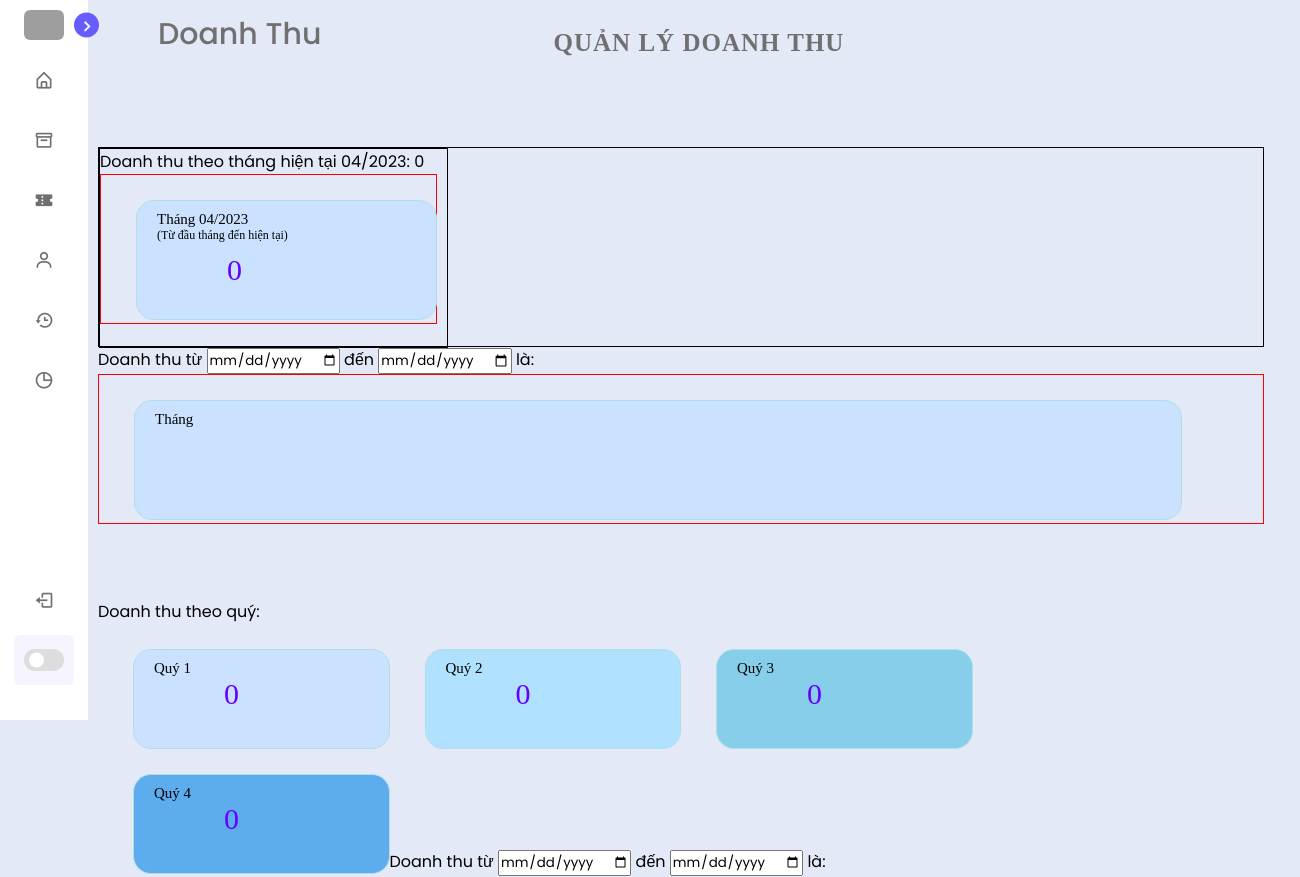
Repository: JeffDaveHudson/CapstoneProject
Page: http://localhost/CapstoneProject/revenue
These files come from the project's save history. The page is drawn as it stood at one moment and after the next save; the edit follows.
The browser window is 1280 px wide. The page is 1300 px wide, so the pictures cover 1300 px, including what lies to the right of the window. The pictures show the whole page.
Pictures or frames that could not be fetched are drawn as grey boxes. The page is served by Tomcat 9. Queries for data that is not in the repository find no rows.

Above is the page before, as saved 2023-06-14 04:46:13.

After the next save:
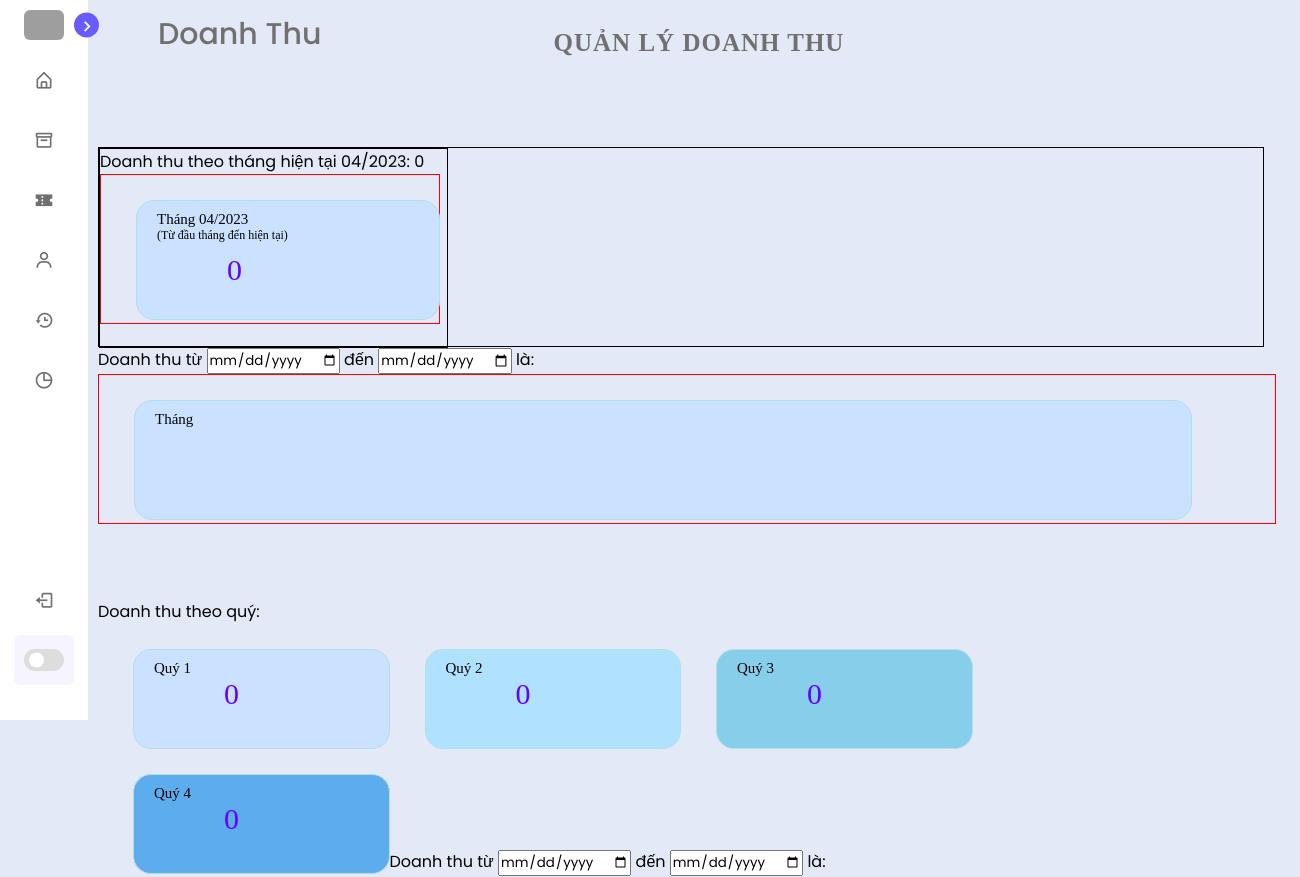
Saved 31 s later.
--- a/CapstoneProject/src/main/webapp/admin/Revenue.jsp
+++ b/CapstoneProject/src/main/webapp/admin/Revenue.jsp
@@ -61,7 +61,7 @@
 
 .div2 {
 	border: 1px solid red;
-	width: 97%;
+	width: 98%;
 	height: 150px;
 }
 
